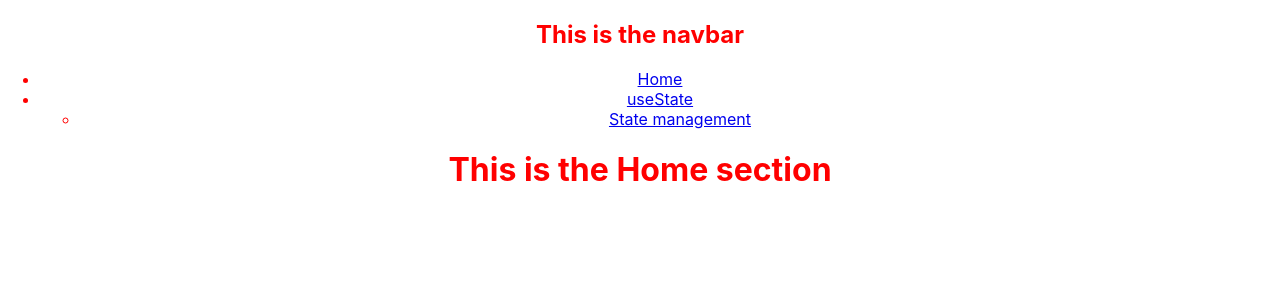
Repository: Colo-Codes/react-hooks-use-cases
Page: /
These files come from the project's save history. The page is drawn as it stood at one moment and after the next save; the edit follows.
The browser window is 1280 px wide. The pictures show the whole page.
The project was rebuilt for these pictures with package versions that can differ from the ones it lists, and the page was loaded fresh each time. Also part of the build but not shown: src/components/UseCaseUseState/UseCaseUseState.js, src/components/UseCaseUseState/UseCaseStateManagement/UseCaseStateManagement.js.

Above is the page before, as saved 2021-09-07 09:19:59.

### src/App.js
import classes from './App.module.css';
import { BrowserRouter as Router, Route, Switch } from 'react-router-dom';
import React from 'react';
import Home from './components/Home/Home';
import UseCaseUseState from './components/UseCaseUseState/UseCaseUseState';
import Navbar from './components/Navbar/Navbar';
import UseCaseStateManagement from './components/UseCaseUseState/UseCaseStateManagement/UseCaseStateManagement';

function App() {
  return (
    <div className={classes.main}>
      <Router>
        <Navbar />
        <Switch>
          <Route exact path="/">
            <Home />
          </Route>
          <Route exact path="/usestate">
            <UseCaseUseState />
          </Route>
          <Route path="/usestate/state-management">
            <UseCaseStateManagement />
          </Route>
        </Switch>
      </Router>
    </div>
  );
};

export default App;

### src/App.module.css
.main {
  color: red;
  text-align: center;
}

### src/components/Home/Home.js
const Home = props => {
    return (
        <h1>This is the Home section</h1>
    );
};

export default Home;

### src/components/Navbar/Navbar.js
import { Link } from "react-router-dom";

const Navbar = props => {
    return (
        <nav>
            <h1>This is the navbar</h1>
            <ul>
                <li><Link to="/">Home</Link></li>
                <li><Link to="/usestate">useState</Link>
                    <ul>
                        <li><Link to="/usestate/state-management">State management</Link></li>
                    </ul>
                </li>
            </ul>
        </nav>
    );
};

export default Navbar;

Loaded but not shown: public/index.html (common file); src/index.js (common file); src/index.css (common file); src/reportWebVitals.js (common file)

After the next save:
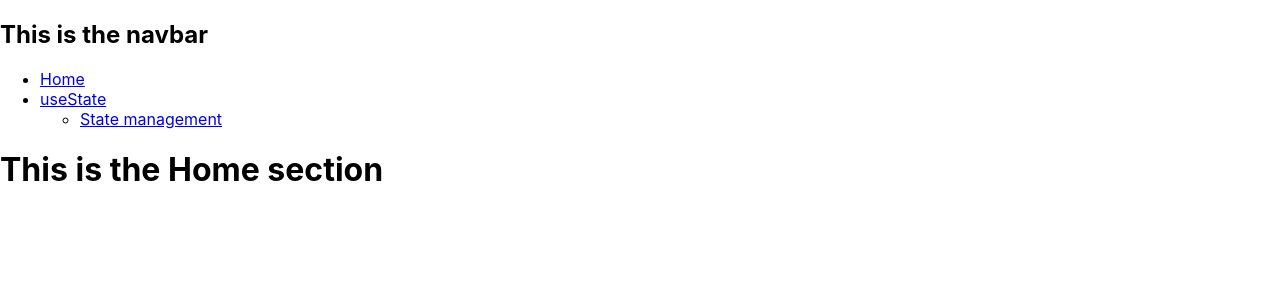
Saved 33 s later.
--- a/src/App.js
+++ b/src/App.js
@@ -8,9 +8,9 @@
 
 function App() {
   return (
-    <div className={classes.main}>
+    <div >
       <Router>
-        <Navbar />
+        <Navbar className={classes.main} />
         <Switch>
           <Route exact path="/">
             <Home />

After the save that followed:
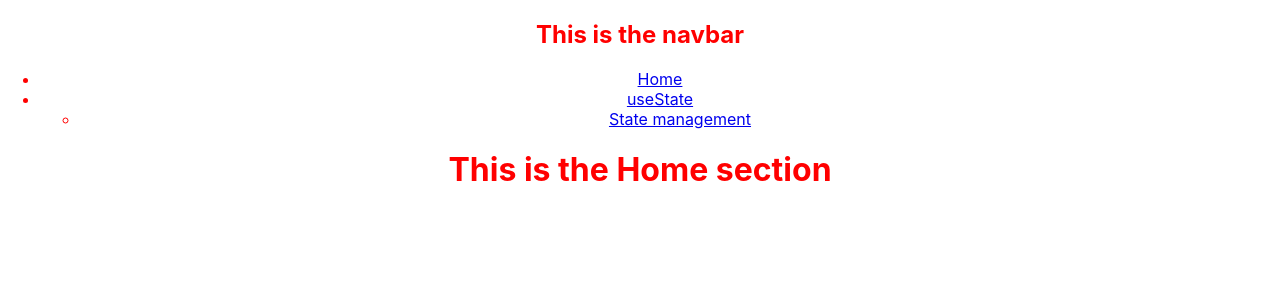
Saved 15 s later.
--- a/src/App.js
+++ b/src/App.js
@@ -8,9 +8,9 @@
 
 function App() {
   return (
-    <div >
+    <div className={classes.main}>
       <Router>
-        <Navbar className={classes.main} />
+        <Navbar />
         <Switch>
           <Route exact path="/">
             <Home />
